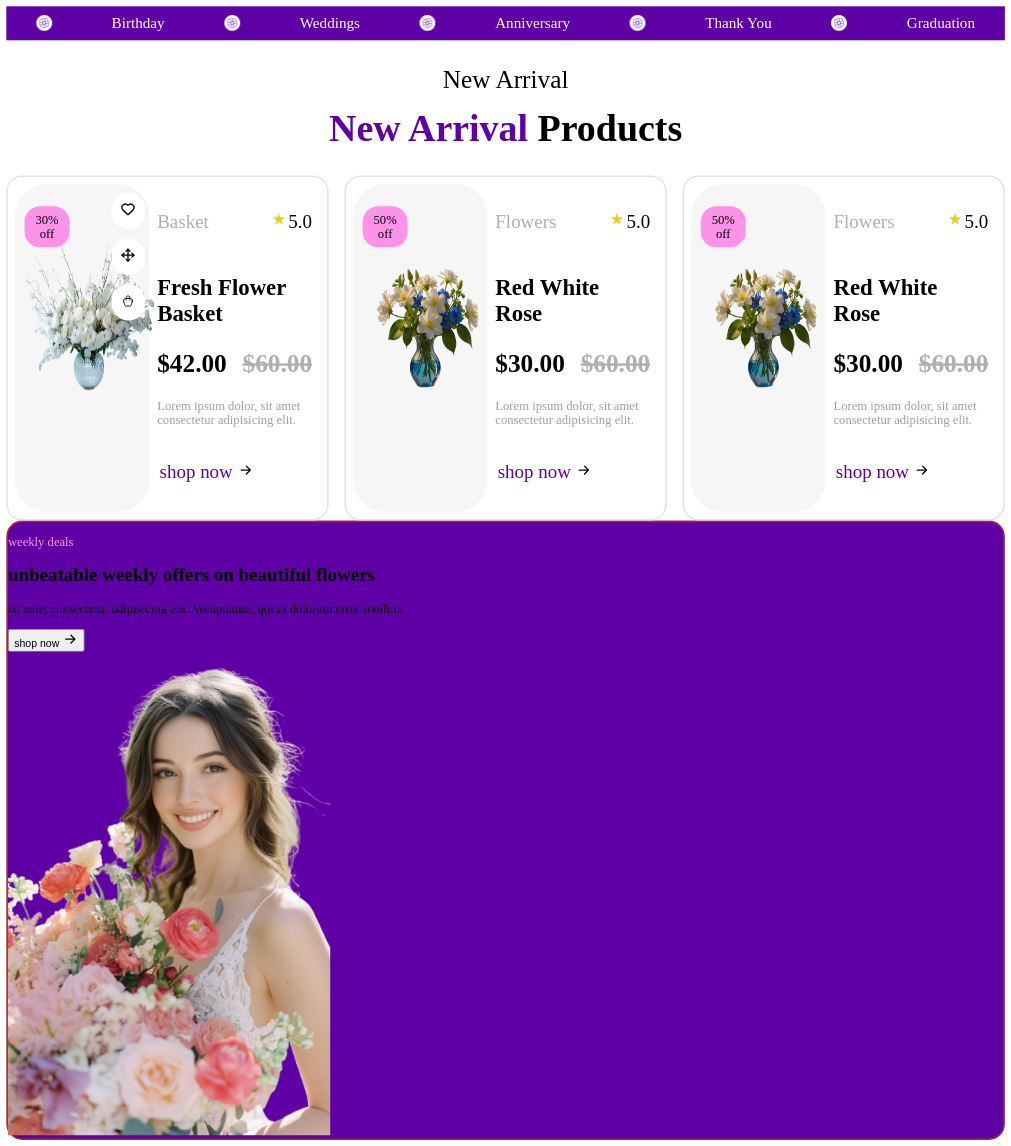
Repository: KolawoleTemilade/classroom-learning
Page: newarrival/index.html
These files come from the project's save history. The page is drawn as it stood at one moment and after a run of saves; the edit follows.
The browser window is 1280 px wide. The pictures show the whole page, at 79% of full size.

Above is the page before, as saved 2025-10-02 11:11:25.

### newarrival/index.html
<!DOCTYPE html>
<html lang="en">
  <head>
    <meta charset="UTF-8" />
    <meta name="viewport" content="width=h, initial-scale=1.0" />
    <title>new arrival</title>
    <link rel="stylesheet" href="style.css" />
  </head>
  <body>
    <section class="new-arrival-sect">
      <div class="marq-sect">
        <div class="marque">
          <img
            src="../newarrival/images/icons/marqueflower.png"
            alt="flower-icon"
            width="20"
            height="20"
          />
          <span>birthday</span>
          <img
            src="../newarrival/images/icons/marqueflower.png"
            alt="flower-icon"
            width="20"
            height="20"
          />
          <span>weddings</span>
          <img
            src="../newarrival/images/icons/marqueflower.png"
            alt="flower-icon"
            width="20"
            height="20"
          />
          <span>anniversary</span>
          <img
            src="../newarrival/images/icons/marqueflower.png"
            alt="flower-icon"
            width="20"
            height="20"
          />
          <span>thank you</span>
          <img
            src="../newarrival/images/icons/marqueflower.png"
            alt="flower-icon"
            width="20"
            height="20"
          />
          <span>graduation</span>
        </div>
      </div>

      <div class="new-arrival">
        <div class="new-arrival-title">
          <p class="title1">
            new arrival
            <span class="title2"
              >new arrival <span class="product-title">products</span></span
            >
          </p>
        </div>
        <section class="card-sec">
          <div class="new-arrival-product-card">
            <div class="product-card">
              <div class="img-sect">
                <img
                  src="./images/new-arrival/flower4.png"
                  alt="flower1"
                  width="200"
                  height="2 ,8>00"
                />
                <div class="absolute-container">
                  <p class="slash">30% off</p>
                  <div class="icons-sec">
                    <div class="icons">
                      <img
                        src="./images/icons/heart.svg"
                        alt="heart"
                        width="20"
                        height="20"
                      />
                    </div>
                    <div class="icons">
                      <img
                        src="./images/icons/crossedarrow.svg"
                        alt="arrow"
                        width="20"
                        height="20"
                      />
                    </div>
                    <div class="icons">
                      <img
                        src="./images/icons/shoppingbag.svg"
                        alt="shoppingbag"
                        width="20"
                        height="20"
                      />
                    </div>
                  </div>
                </div>
              </div>
              <div class="text-sect">
                <div class="basket-sec">
                  <p>basket</p>
                  <div class="rating-sec">
                    <img
                      src="./images/icons/ratings.svg"
                      alt="ratings"
                      width="20"
                      height="20"
                    />
                    <span>5.0</span>
                  </div>
                </div>
                <div class="fresh-flower-sec">
                  <h3>fresh flower basket</h3>
                  <h2>$42.00 <span class="slashed"> $60.00</span></h2>
                  <p>
                    Lorem ipsum dolor, sit amet consectetur adipisicing elit.
                  </p>
                  <div class="shop-btn">
                    <p>
                      shop now
                      <span
                        ><img
                          src="./images/icons/rightarrow.svg"
                          alt="right arrow"
                          width="20"
                          height="20"
                      /></span>
                    </p>
                  </div>
                </div>
              </div>
            </div>
          </div>
          <div class="new-arrival-product-card">
            <div class="product-card">
              <div class="img-sect">
                <img
                  src="./images/new-arrival/flower6.png"
                  alt="flower6"
                  width="200"
                  height="2 ,8>00"
                />
                <div class="absolute-container">
                  <p class="slash">50% off</p>
                  <div class="icons-sec2">
                    <div class="icons">
                      <img
                        src="./images/icons/heart.svg"
                        alt="heart"
                        width="20"
                        height="20"
                      />
                    </div>
                    <div class="icons">
                      <img
                        src="./images/icons/crossedarrow.svg"
                        alt="arrow"
                        width="20"
                        height="20"
                      />
                    </div>
                    <div class="icons">
                      <img
                        src="./images/icons/shoppingbag.svg"
                        alt="shoppingbag"
                        width="20"
                        height="20"
                      />
                    </div>
                  </div>
                </div>
              </div>
              <div class="text-sect">
                <div class="basket-sec">
                  <p>flowers</p>
                  <div class="rating-sec">
                    <img
                      src="./images/icons/ratings.svg"
                      alt="ratings"
                      width="20"
                      height="20"
                    />
                    <span>5.0</span>
                  </div>
                </div>
                <div class="fresh-flower-sec">
                  <h3>red white rose</h3>
                  <h2>$30.00 <span class="slashed"> $60.00</span></h2>
                  <p>
                    Lorem ipsum dolor, sit amet consectetur adipisicing elit.
                  </p>
                  <div class="shop-btn">
                    <p>
                      shop now
                      <span
                        ><img
                          src="./images/icons/rightarrow.svg"
                          alt="right arrow"
                          width="20"
                          height="20"
                      /></span>
                    </p>
                  </div>
                </div>
              </div>
            </div>
          </div>
          <div class="new-arrival-product-card">
            <div class="product-card">
              <div class="img-sect">
                <img
                  src="./images/new-arrival/flower6.png"
                  alt="flower6"
                  width="200"
                  height="2 ,8>00"
                />
                <div class="absolute-container">
                  <p class="slash">50% off</p>
                  <div class="icons-sec2">
                    <div class="icons">
                      <img
                        src="./images/icons/heart.svg"
                        alt="heart"
                        width="20"
                        height="20"
                      />
                    </div>
                    <div class="icons">
                      <img
                        src="./images/icons/crossedarrow.svg"
                        alt="arrow"
                        width="20"
                        height="20"
                      />
                    </div>
                    <div class="icons">
                      <img
                        src="./images/icons/shoppingbag.svg"
                        alt="shoppingbag"
                        width="20"
                        height="20"
                      />
                    </div>
                  </div>
                </div>
              </div>
              <div class="text-sect">
                <div class="basket-sec">
                  <p>flowers</p>
                  <div class="rating-sec">
                    <img
                      src="./images/icons/ratings.svg"
                      alt="ratings"
                      width="20"
                      height="20"
                    />
                    <span>5.0</span>
                  </div>
                </div>
                <div class="fresh-flower-sec">
                  <h3>red white rose</h3>
                  <h2>$30.00 <span class="slashed"> $60.00</span></h2>
                  <p>
                    Lorem ipsum dolor, sit amet consectetur adipisicing elit.
                  </p>
                  <div class="shop-btn">
                    <p>
                      shop now
                      <span
                        ><img
                          src="./images/icons/rightarrow.svg"
                          alt="right arrow"
                          width="20"
                          height="20"
                      /></span>
                    </p>
                  </div>
                </div>
              </div>
            </div>
          </div>
        </section>
      </div>
      <section class="weekly-deals">
        <div class="weekly-text-sec">
          <p class="week1">weekly deals</p>
          <h2>unbeatable weekly offers on <span class="beautiful-flowers">beautiful flowers</span></h2>
          <p>
            sit amet consectetur adipisicing elit. Voluptatum, qui in dolorum
            error mollitia
          </p>
          <button>
            shop now
            <span
              ><img
                src="./images/icons/rightarrow.svg"
                alt="right arrow"
                width="20"
                height="20"
            /></span>
          </button>
        </div>
        <div class="weekly-img-sec">
          <img src="./images/new-arrival/flowergirl.png" alt="flower girl" />
        </div>
      </section>
    </section>
  </body>
</html>

### newarrival/style.css

.new-arrival-sect >  {
  display: flex;
  flex-direction: column;
  align-items: center;
  background-color: #F6F6F6;
  width: 100%;
}
.marq-sect {
  background-color: #5e00a6;
  height: 6vh;
  width: 100%;
  align-content: center;
}
.marque {
  display: flex;
  align-content: center;
  justify-content: space-around;
}
.marque > span {
  text-transform: capitalize;
  color: white;
  font-size: 1.2rem;
}
.new-arrival{
  display: flex;
  flex-direction: column;
  align-items: center;
}
.title1 {
  font-size: 2rem;
  display: flex;
  flex-direction: column;
  align-items: center;
  justify-content: center;
  gap: 15px;
  text-transform: capitalize;
}
.title2 {
  font-size: 3rem;
  color: #5e00a6;
  font-weight: 700;
}
.product-title {
  color: black;
  font-size: 3rem;
  font-weight: 700;
}
.card-sec {
  display: flex;
  gap:20px;
  width: 100%;
}
.new-arrival-product-card {
  border: 2px solid rgb(230, 227, 227);
  padding: 9px;
  border-radius: 20px;
  background-color: #ffffff;
  width: 100%;
}
.product-card {
  display: flex;
  background-color: #ffffff;
  width: 100%;
}
.img-sect {
  position: relative;
  border: 3px solid transparent;
  border-radius: 40px;
  background-color: #f6f6f6;
  width: 100%;
  padding: 9px;
}
.img-sect > img {
  position: absolute;
  top: 15%;
  width: 100%;
  height: 30vh;
}
.absolute-container > p {
  padding: 8px;
  width: 25%;
  border-radius: 20px;
  text-align: center;
}
.slash {
  position: absolute;
  background: #fd93e8;
}

.icons-sec {
  position: absolute;
  top: 2%;
  right: 2%;
  display: flex;
  flex-direction: column;
  gap: 12px;
}
.icons {
  padding: 10px;
  width: 50%;
  border: 1px solid transparent;
  border-radius: 50%;
  background-color: white;
}
.text-sect {
  width: 100%;
  padding: 10px;
}
.basket-sec {
  display: flex;
  justify-content: space-between;
  align-items: center;
}
.basket-sec > p {
  text-transform: capitalize;
  color: #afafaf;
  font-size: 1.5rem;
}
.rating-sec {
  display: flex;
  gap: 2px;
  font-size: 1.5rem;
}
.fresh-flower-sec > h3 {
  font-size: 1.8rem;
  text-transform: capitalize;
  font-weight: 600;
}
.fresh-flower-sec > h2 {
  font-size: 2rem;
  display: flex;
  gap: 20px;
}
.slashed {
  color: #afafaf;
  text-decoration: line-through;
}
.fresh-flower-sec > p {
  font-size: 1.rem;
  color: #9f9f9f;
}
.shop-btn {
  color: #5e00a6;
  display: flex;
  align-items: center;
  padding: 3px;
  font-size: 1.5rem;
}
.icons-sec2 {
    display: none;
}

.weekly-deals {
  border: 2px solid brown;
  border-radius: 20px;
  background-color: #5e00a6;

}
.week1{
  color: #fd93e8;
  font-size: 1rem;
}
.weekly-text-sec > h2{
font-size: ;
}

After the next 3 saves:
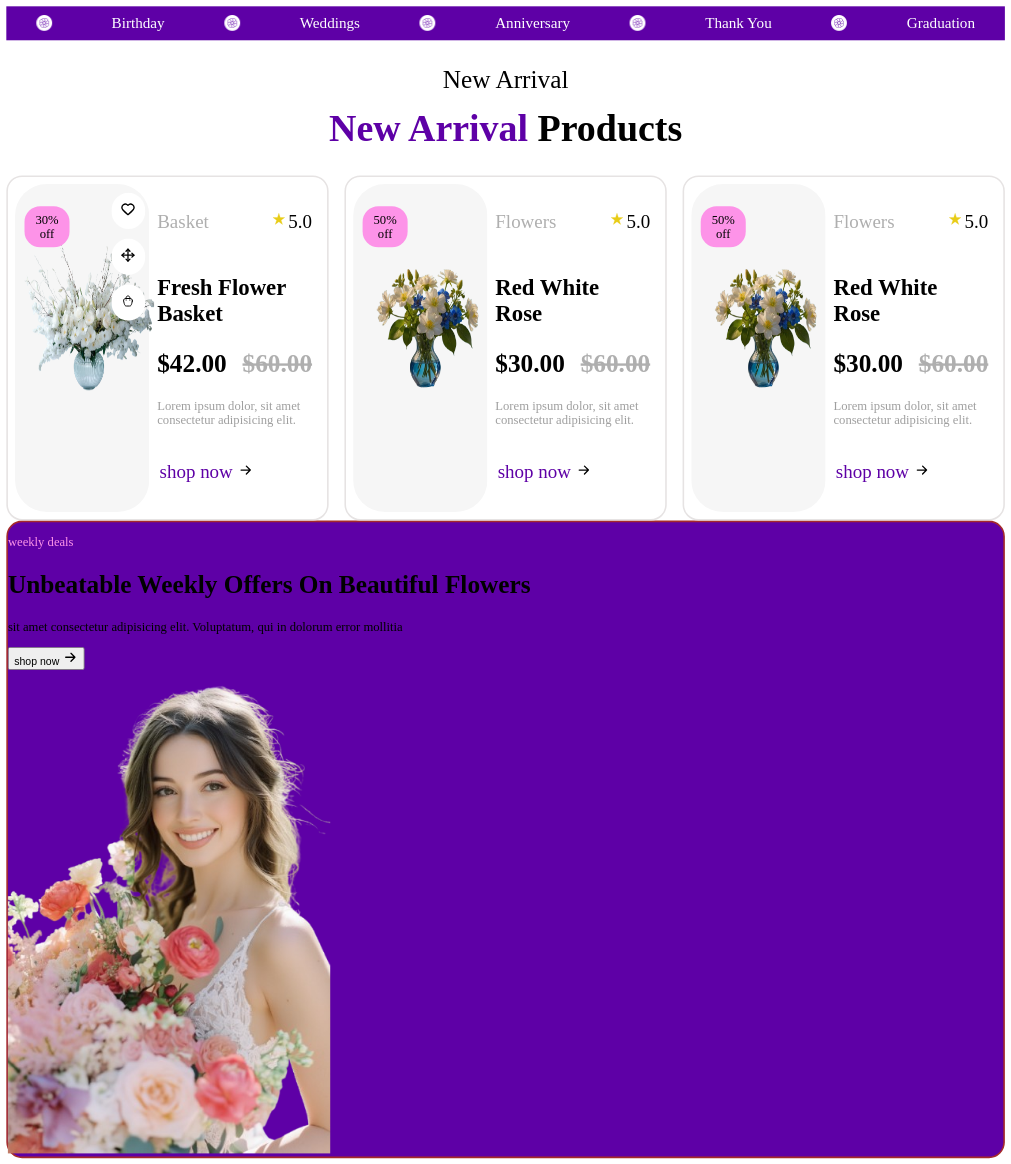
The 3 saves are shown as one change because they came seconds apart.
The last was saved 19 s later.
--- a/newarrival/style.css
+++ b/newarrival/style.css
@@ -162,5 +162,6 @@
   font-size: 1rem;
 }
 .weekly-text-sec > h2{
-font-size: ;
+font-size: 2rem;
+text-transform: capitalize;
 }
